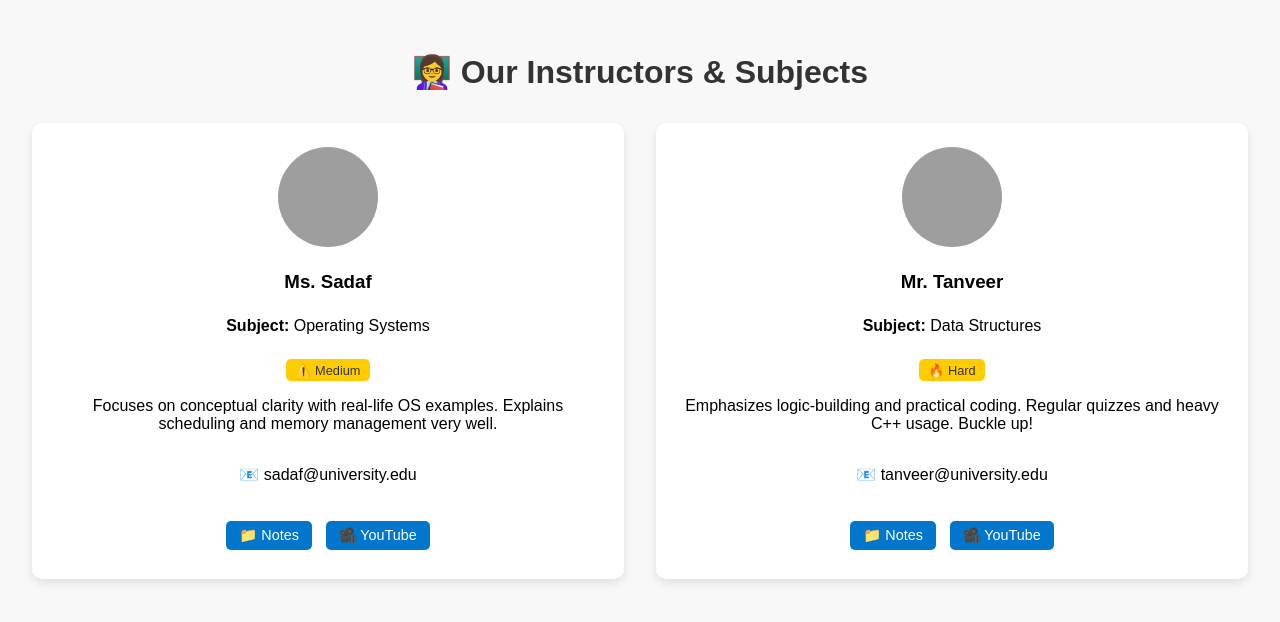
Repository: MariamSawera/eduNova
Page: subjects.html
These files come from the project's save history. The page is drawn as it stood at one moment and after the next save; the edit follows.
The browser window is 1280 px wide. The pictures show the whole page.
Pictures or frames that could not be fetched are drawn as grey boxes.

Above is the page before, as saved 2025-07-23 19:21:26.

### subjects.html
<!DOCTYPE html>
<html lang="en">
<head>
  <meta charset="UTF-8">
  <title>Instructors</title>
  <link rel="stylesheet" href="styles.css">
  <style>
    body {
      font-family: sans-serif;
      background: #f8f8f8;
      margin: 0;
      padding: 2rem;
    }

    h1 {
      text-align: center;
      margin-bottom: 2rem;
      color: #333;
    }

    .instructor-grid {
      display: grid;
      grid-template-columns: repeat(auto-fit, minmax(280px, 1fr));
      gap: 2rem;
    }

    .instructor-card {
      background: white;
      border-radius: 10px;
      padding: 1.5rem;
      box-shadow: 0 4px 10px rgba(0,0,0,0.1);
      display: flex;
      flex-direction: column;
      align-items: center;
      text-align: center;
    }

    .instructor-card img {
      width: 100px;
      height: 100px;
      border-radius: 50%;
      object-fit: cover;
      margin-bottom: 1rem;
    }

    .instructor-card h3 {
      margin: 0.5rem 0;
    }

    .difficulty {
      padding: 0.2rem 0.6rem;
      border-radius: 5px;
      font-size: 0.8rem;
      margin-top: 0.5rem;
      background-color: #ffcc00;
      color: #333;
    }

    .resources {
      margin-top: 1rem;
    }

    .resources a {
      display: inline-block;
      margin: 0.3rem;
      padding: 0.4rem 0.8rem;
      background: #0077cc;
      color: white;
      border-radius: 5px;
      text-decoration: none;
      font-size: 0.9rem;
    }

    .resources a:hover {
      background: #005fa3;
    }
  </style>
</head>
<body>

  <h1>👩‍🏫 Our Instructors & Subjects</h1>

  <div class="instructor-grid">

    <div class="instructor-card">
      <img src="https://randomuser.me/api/portraits/women/55.jpg" alt="Ms. Sadaf">
      <h3>Ms. Sadaf</h3>
      <p><strong>Subject:</strong> Operating Systems</p>
      <div class="difficulty">⚠️ Medium</div>
      <p>Focuses on conceptual clarity with real-life OS examples. Explains scheduling and memory management very well.</p>
      <p>📧 sadaf@university.edu</p>
      <div class="resources">
        <a href="https://drive.google.com/your-link" target="_blank">📁 Notes</a>
        <a href="https://youtube.com/playlist?list=..." target="_blank">🎥 YouTube</a>
      </div>
    </div>

    <div class="instructor-card">
      <img src="https://randomuser.me/api/portraits/men/45.jpg" alt="Mr. Tanveer">
      <h3>Mr. Tanveer</h3>
      <p><strong>Subject:</strong> Data Structures</p>
      <div class="difficulty">🔥 Hard</div>
      <p>Emphasizes logic-building and practical coding. Regular quizzes and heavy C++ usage. Buckle up!</p>
      <p>📧 tanveer@university.edu</p>
      <div class="resources">
        <a href="https://drive.google.com/your-link" target="_blank">📁 Notes</a>
        <a href="https://youtube.com/playlist?list=..." target="_blank">🎥 YouTube</a>
      </div>
    </div>

    <!-- Add more instructor cards below -->

  </div>

</body>
</html>

### styles.css
    html {
      scroll-behavior: smooth;
    }

    body {
      margin: 0;
      font-family: 'Segoe UI', sans-serif;
      background: #f2f2f2;
        /* background-color: #B3DDF0; */

    }

    nav {
      background-color: #004466;
      color: white;
      padding: 1rem;
      display: flex;
      justify-content: space-between;
      align-items: center;
    }

    nav .logo {
      font-size: 1.5rem;
      font-weight: bold;
    }

    a {
        text-decoration: none;
        color: inherit;
    }

    nav ul {
      list-style: none;
      display: flex;
      gap: 1rem;
    }

    nav ul li {
      display: inline;
    }

    nav ul li a {
      color: white;
      text-decoration: none;
    }


    .hero {
      /* background: linear-gradient(to right, #00aaff, #00ffcc); */
      background-image: url('./images/banner.jpg');
      background-position: center;
      color: white;
      padding: 2rem;
      text-align: center;
      height: 20vh;
    }


    .hero input {
      padding: 0.5rem;
      border: none;
      border-radius: 5px;
      margin-top: 1rem;
      width: 200px;
    }

    .dashboard {
      display: grid;
      grid-template-columns: 1fr 1fr 1fr;
      gap: 1rem;
      padding: 2rem;
    }

    .card {
      background: white;
      padding: 1rem;
      border-radius: 10px;
      box-shadow: 0 2px 5px rgba(0,0,0,0.1);
    }

    .quick-links {
      padding: 2rem;
      display: grid;
      grid-template-columns: repeat(3, minmax(150px, 1fr));
      gap: 1rem;
    }

    .link-card{
      display: flex;
      justify-content: center;
      align-items: center;
      font-size: 30px;
      color: white;


    }

    .quick-links .link-card {
      background: white;
      text-align: center;
      padding: 1rem;
      border-radius: 10px;
      box-shadow: 0 2px 5px rgba(0,0,0,0.1);
      height: 80px;
    }

    .footer{
      background-color: #004466;
      display: flex;
      justify-content: center;
      align-items: center;
      color: white;
      height: 15vh;
    }

    .heading{
      color: #333;
      margin-bottom: 1rem;
      text-align: center;
      font-size: 2rem;
    }

    /* books.html */
    .book-grid{
      display: flex ;
      justify-content: center;
      text-align: center;
      gap: 1rem;
      padding: 2rem;
      flex-wrap: wrap;

    }

    .book-card {
      background: white;
      width: 20%;
      padding: 1rem;
      border-radius: 8px;
      box-shadow: 0 2px 5px rgba(0,0,0,0.1);
      text-align: center;
    }

    .book-card img {
      max-width: 100%;
      height: 40vh;
      border-radius: 5px;
      object-fit: cover;

    }

    .book-info {
      padding: 1rem;
      text-align: center;
    }

    .book-info h3 {
      margin: 0.5rem 0;
      font-size: 1.1rem;
      color: #222;
    }

    .book-info p {
      font-size: 0.9rem;
      color: #555;
    }

    .book-info a {
      display: inline-block;
      margin-top: 0.7rem;
      padding: 0.5rem 1rem;
      background: #0077cc;
      color: white;
      text-decoration: none;
      border-radius: 5px;
    }

    .book-info a:hover {
      background: #005fa3;
    }

After the next save:
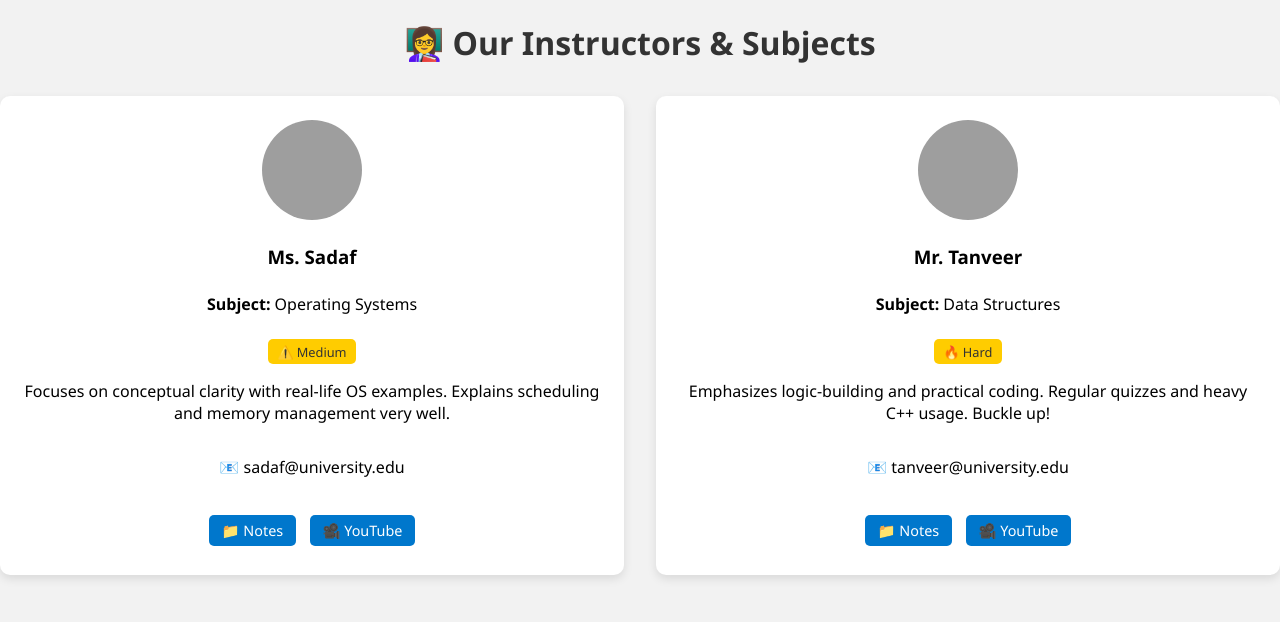
Saved 5 s later.
--- a/subjects.html
+++ b/subjects.html
@@ -5,12 +5,7 @@
   <title>Instructors</title>
   <link rel="stylesheet" href="styles.css">
   <style>
-    body {
-      font-family: sans-serif;
-      background: #f8f8f8;
-      margin: 0;
-      padding: 2rem;
-    }
+
 
     h1 {
       text-align: center;
